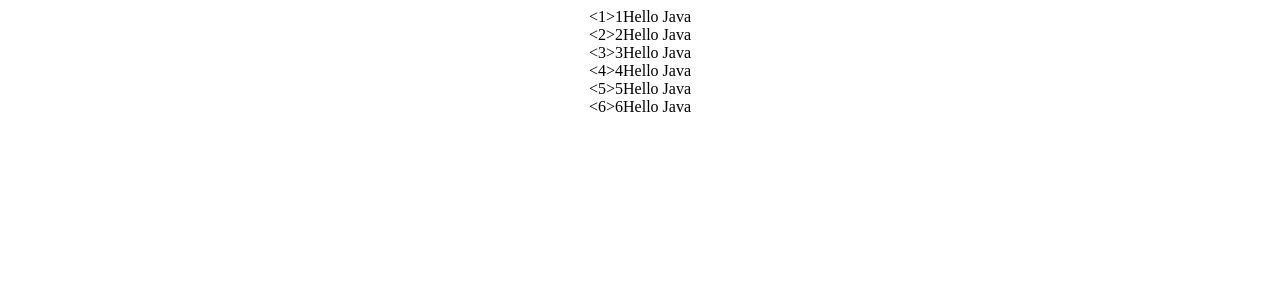
Repository: quaidjohar53/Adv-java
Page: http://localhost/Adv-java_JSPservlet/Hello.jsp
An editor plug-in stored every save of this project. The page is shown before and after the next save, followed by the edit.
The browser window is 1280 px wide. The pictures show the whole page.
The page is served by Tomcat 9.

Above is the page before, as saved 2026-07-16 09:32:20.

After the next save:
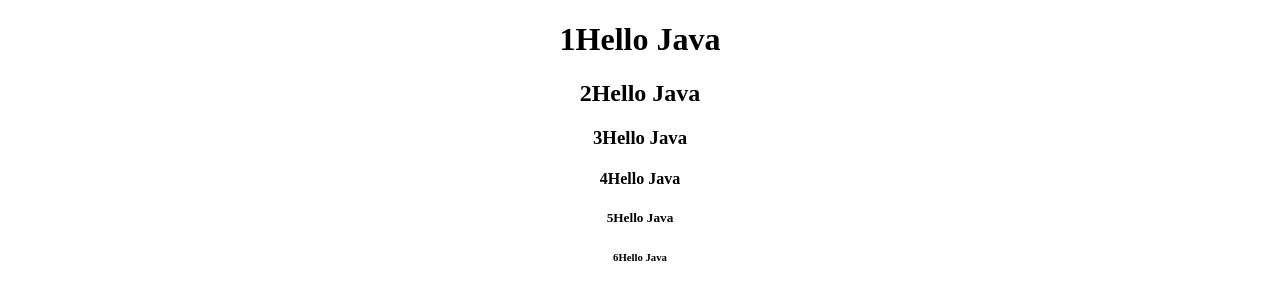
Saved 5 s later.
--- a/Adv-java_JSPservlet/src/main/webapp/Hello.jsp
+++ b/Adv-java_JSPservlet/src/main/webapp/Hello.jsp
@@ -11,7 +11,7 @@
 	for (int i = 1; i <= 6; i++) {
 	%>
 	<div align="center">
-		<<%=i%>><%=i%>Hello Java </h<%=i%>>
+		<h<%=i%>><%=i%>Hello Java </h<%=i%>>
 	</div>
 	<%
 	}
